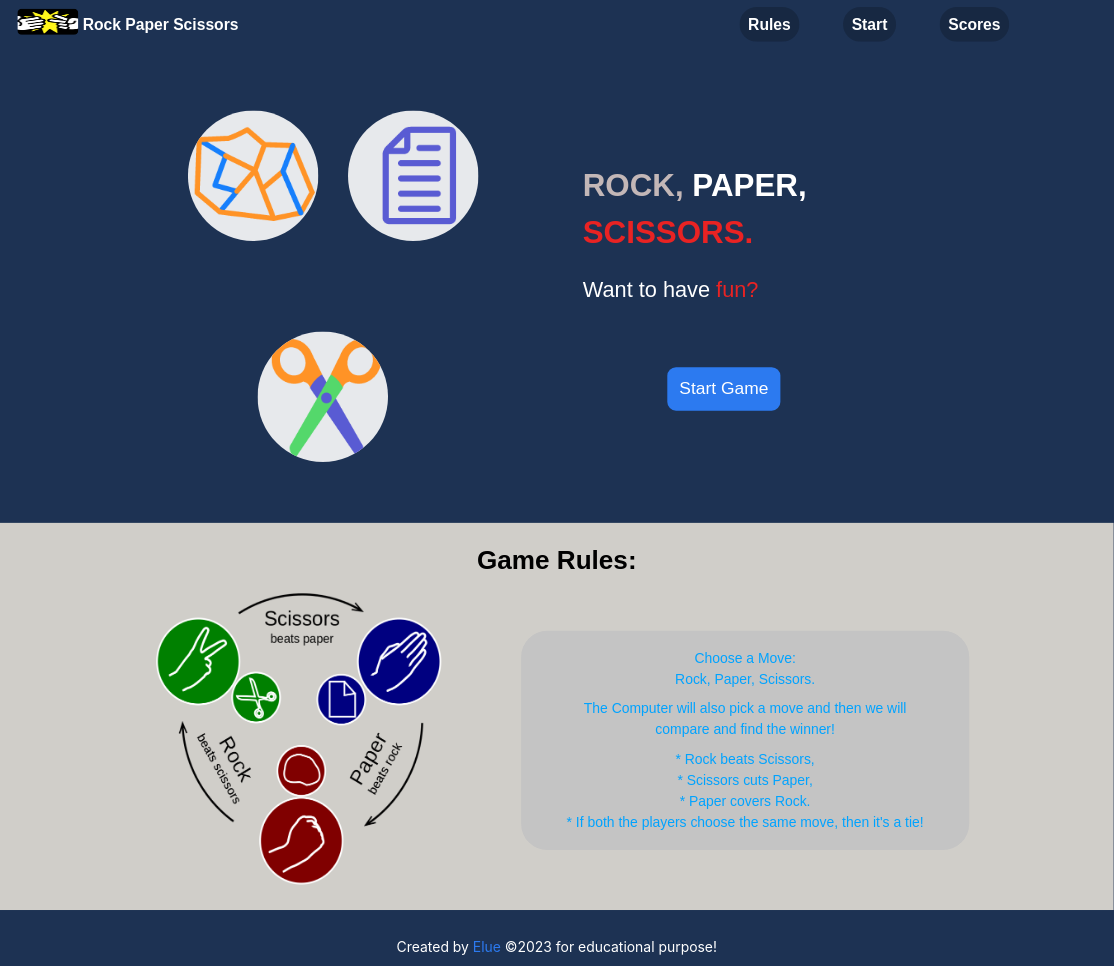
Repository: MikkyPrestige/rock-paper-scissors
Page: index.html
The author's editor kept a copy of each file at every save. The page is drawn from the files as they stood at one save, then again after the next save.
The browser window is 1280 px wide. The pictures show the whole page, at 87% of full size.

Above is the page before, as saved 2023-05-13 02:13:48.
Console error: TypeError: Cannot read properties of null (reading 'addEventListener')

### index.html
<!DOCTYPE html>
<html lang="en">

<head>
  <meta charset="UTF-8">
  <meta http-equiv="X-UA-Compatible" content="IE=edge">
  <meta name="viewport" content="width=device-width, initial-scale=1.0">
  <title>Rock, Paper or Scissors Game</title>
  <link rel="stylesheet" href="./index.css">
  <!-- <script src="./index.js" defer></script> -->
  <script src="./script.js" defer></script>
</head>

<body>
  <main>
    <header>
      <figure class="headerLogo">
        <a href="/">
          <img src="./img/logo.png" alt="Logo" class="logo">
        </a>
        <figcaption class="logoCaption">Rock Paper Scissors</figcaption>
      </figure>
      <nav>
        <ul>
          <li><a href="#rule">Rules</a></li>
          <li><a href="./game.html">Start</a></li>
          <li><a href="#">Scores</a></li>
        </ul>
      </nav>
    </header>
    <section class="home">
      <div class="images">
        <img src="./img/Rock.gif" alt="Rock image" class="img rock">
        <img src="./img/Paper.gif" alt="Paper image" class="img paper">
        <img src="./img/Scissors.gif" alt="Scissors image" class="img scissors">
      </div>
      <div class="content">
        <h1 class="content--title"><span class="content-rock">Rock,</span> Paper, <span
            class="content-scissors">Scissors.</span></h1>
        <p class="content--text">Want to have <span class="fun">fun?</span></p>
        <button class="btn">
          <a href="./game.html">Start Game</a>
        </button>
      </div>
    </section>

    <section class="rule" id="rule">
      <div class="rule--container">
        <h2 class="rule--title">Game Rules:</h2>
        <div class="rule--content">
          <img src="./img/image.png" alt="Game image" class="rule--img">
          <div class="rule--para">
            <p class="rule--text">Choose a Move: <br>Rock, Paper, Scissors.</p>
            <p class="rule--text">The Computer will also pick a move and then we will compare and find the winner!</p>
            <p class="rule--text">* Rock beats Scissors, <br> * Scissors cuts Paper, <br> * Paper covers Rock. <br> * If
              both the players choose the same move, then it's a tie!</p>
          </div>
        </div>
        <!-- <button type="submit" class="btn">New Game</button> -->
      </div>
    </section>

    <footer>
      <p class="footer--text">Created by <a href="#" target="_blank" class="footer--link">Elue</a> &copy;2023 for
        educational purpose!</p>
    </footer>
  </main>
</body>

</html>

### index.css
*,
*::after,
*::before {
  box-sizing: border-box;
  margin: 0;
  padding: 0;
}

html {
  font-size: 62.5%;
}

body {
  font-family: "Fira Sans", sans-serif;
  font-size: 1.6rem;
  line-height: 1.5;
  background: rgba(29, 50, 83, 1);
  color: rgba(255, 255, 255, 1);
  width: 100%;
  height: 100%;
}

main {
  display: flex;
  flex-direction: column;
  justify-content: center;
  align-items: center;
  gap: 2rem;
  height: 100%;
  width: 100%;
}

header {
  display: flex;
  justify-content: space-between;
  align-items: center;
  padding: 1rem 2rem;
  width: 100%;
  height: auto;
}

.headerLogo {
  display: flex;
  align-items: center;
  gap: .5rem;
  height: auto;
}

.logo {
  width: 7rem;
  height: 3rem;
  border-radius: .5rem;
  -webkit-border-radius: .5rem;
  -moz-border-radius: .5rem;
  -ms-border-radius: .5rem;
  -o-border-radius: .5rem;
}

.logoCaption {
  font-size: 1.8rem;
  font-weight: 600;
  color: rgba(255, 255, 255, 1);
}

nav {
  height: auto;
  margin-right: 10rem;
}

ul {
  display: flex;
  justify-content: center;
  align-items: center;
  gap: 5rem;
  list-style: none;
}

li a {
  font-size: 1.8rem;
  font-weight: 600;
  color: rgba(255, 255, 255, 1);
  background: linear-gradient(0deg, rgba(0, 0, 0, 0.2), rgba(0, 0, 0, 0.2)), #1D3253;
  text-decoration: none;
  padding: 1rem;
  border-radius: 2rem;
}

li a:hover {
  background: rgba(255, 255, 255, 1);
  color: rgba(29, 50, 83, 1);
  text-decoration: underline;
}

.home {
  display: flex;
  justify-content: center;
  align-items: center;
  width: 100%;
  height: 70vh;
}

.images {
  position: relative;
  height: 100%;
  flex-basis: 30%;
}

.img {
  background: rgba(253, 253, 253, 0.9);
  border-radius: 50%;
  -webkit-border-radius: 50%;
  -moz-border-radius: 50%;
  -ms-border-radius: 50%;
  -o-border-radius: 50%;
  width: 15rem;
  height: 15rem;
}

.rock {
  position: absolute;
  top: 5rem;
  left: 0rem;
}

.paper {
  position: absolute;
  top: 5rem;
  right: 5rem;
}

.scissors {
  position: absolute;
  bottom: 5rem;
  left: 8rem;
}

.content {
  display: flex;
  flex-direction: column;
  justify-content: center;
  align-items: center;
  gap: 2rem;
}

.content--title {
  font-size: 3.6rem;
  font-weight: 600;
  width: 70%;
  text-transform: uppercase;
}

.content-rock {
  color: rgba(195, 183, 183, 1);
}

.content-scissors {
  color: rgba(233, 35, 35, 1);
}

.content--text {
  font-size: 2.5rem;
  font-weight: 400;
  width: 70%;
}

.fun {
  color: rgba(233, 35, 35, 1);
}

.btn {
  width: 13rem;
  height: 5rem;
  background: #2C7AF0;
  border-radius: 1rem;
  -webkit-border-radius: 1rem;
  -moz-border-radius: 1rem;
  -ms-border-radius: 1rem;
  -o-border-radius: 1rem;
  border: none;
  margin-top: 5rem;
  transition: all .3s ease-in-out;
  -webkit-transition: all .3s ease-in-out;
  -moz-transition: all .3s ease-in-out;
  -ms-transition: all .3s ease-in-out;
  -o-transition: all .3s ease-in-out;
}

.btn a {
  text-decoration: none;
  font-size: 2rem;
  color: rgba(255, 255, 255, 1);
  cursor: pointer;
}

.btn a:hover {
  color: rgba(44, 122, 240, 1);
}

.btn:hover {
  background: rgba(255, 255, 255, .7);
}

.rule {
  width: 100%;
  height: 100%;
  background: #D0CEC9;
}

.rule--container {
  display: flex;
  flex-direction: column;
  justify-content: center;
  align-items: center;
  gap: 1rem;
  margin: 2rem;
}

.rule--title {
  font-size: 3rem;
  font-weight: 600;
  color: #000;
}

.rule--content {
  display: flex;
  justify-content: space-around;
  align-items: center;
}

.rule--img {
  width: 35rem;
  height: 35rem;
}

.rule--para {
  background: #C4C4C4;
  width: 50%;
  text-align: center;
  padding: 2rem 5rem;
  border-radius: 3rem;
  -webkit-border-radius: 3rem;
  -moz-border-radius: 3rem;
  -ms-border-radius: 3rem;
  -o-border-radius: 3rem;
  display: flex;
  flex-direction: column;
  justify-content: center;
  align-items: center;
  gap: 1rem;
}

.rule--text {
  color: rgba(0, 163, 255, 1);
}

.game {
  display: flex;
  flex-direction: column;
  justify-content: center;
  align-items: center;
  gap: 2rem;
  width: 100%;
  height: 100%;
}

.game--title {
  font-size: 3rem;
  font-weight: 600;
  margin: 2rem;
}

.game--images {
  display: flex;
  justify-content: center;
  align-items: center;
  gap: 10rem;
  width: 100%;
}

.game--img {
  display: flex;
  flex-direction: column;
  justify-content: center;
  align-items: center;
  cursor: pointer;
}

.game--caption {
  font-size: 2rem;
  color: rgba(0, 163, 255, 1);
}

.rule--btn {
  width: 8rem;
  height: 4rem;
  background: #2C7AF0;
  border-radius: 1rem;
  -webkit-border-radius: 1rem;
  -moz-border-radius: 1rem;
  -ms-border-radius: 1rem;
  -o-border-radius: 1rem;
  border: none;
  margin-top: 5rem;
  transition: all .3s ease-in-out;
  -webkit-transition: all .3s ease-in-out;
  -moz-transition: all .3s ease-in-out;
  -ms-transition: all .3s ease-in-out;
  -o-transition: all .3s ease-in-out;
}

.rule--btn a {
  text-decoration: none;
  font-size: 2rem;
  color: rgba(255, 255, 255, 1);
  cursor: pointer;
  text-transform: uppercase;
}

.rule--btn a:hover {
  color: rgba(44, 122, 240, 1);
}

.rule--btn:hover {
  background: rgba(255, 255, 255, .7);
}

footer {
  margin: 1rem auto;
}

.footer--text {
  font-family: "Inter";
}

.footer--link {
  color: rgba(44, 122, 240, 1);
  text-decoration: none;
}

### script.js
const rock = document.getElementById("rock");
const paper = document.getElementById("paper");
const scissors = document.getElementById("scissors");

const playerScore = document.getElementById("player-score");
const computerScore = document.getElementById("computer-score");
const tieScore = document.getElementById("tie-score");

const result = document.getElementById("result");
const winner = document.getElementById("winner");

const playAgain = document.getElementById("play-again");

const computerPlay = () => {
  const words = ["rock", "paper", "scissors"];
  const random = Math.floor(Math.random() * words.length);
  return words[random];
};
// Create three buttons, one for each selection. Add an event listener to the buttons that call  your playRound function with the correct playerSelection every time a button is clicked.  (you can keep the console.logs for this step)
// Add a div for displaying results and change all of your console.logs into DOM methods.
// Display the running score, and announce a winner of the game once one player reaches 5 points.
// You will likely have to refactor (rework/rewrite) your original code to make it work for this. That’s OK! Reworking old code is an important part of the programmer’s life.
// Don’t forget to go back and add your new version to the original Rock Paper Scissors Project!

// Function to get play from user
const playerPlay = () => {
  rock.addEventListener("click", () => {
    playRound("rock", computerPlay());
  });
  paper.addEventListener("click", () => {
    playRound("paper", computerPlay());
  });
  scissors.addEventListener("click", () => {
    playRound("scissors", computerPlay());
  });
};

const playRound = (playerSelection, computerSelection) => {
  let playerValue, computerValue;

  switch (playerSelection) {
    case "paper":
      playerValue = 1;
      break;
    case "rock":
      playerValue = 2;
      break;
    case "scissors":
      playerValue = 3;
      break;
    default:
      return;
  }

  switch (computerSelection) {
    case "paper":
      computerValue = 1;
      break;
    case "rock":
      computerValue = 2;
      break;
    case "scissors":
      computerValue = 3;
      break;
    default:
      return;
  }
  const result = (playerValue - computerValue + 3) % 3;
  if (result === 0) {
    tieScore.textContent = parseInt(tieScore.textContent) + 1;
    // winner.textContent = "Tie!";
    console.log("Tie!")
  } else if (result === 1) {
    playerScore.textContent = parseInt(playerScore.textContent) + 1;
    // winner.textContent = "Player wins!";
    console.log("Player wins!")
  } else if (result === 2) {
    computerScore.textContent = parseInt(computerScore.textContent) + 1;
    // winner.textContent = "Computer wins!";
    console.log("Computer wins!")
  }
  if (
    parseInt(playerScore.textContent) === 5 ||
    parseInt(computerScore.textContent) === 5
  ) {
    if (parseInt(playerScore.textContent) === 5) {
      // winner.textContent = "Player wins the game!";
      console.log("Player wins the game!")
    } else if (parseInt(computerScore.textContent) === 5) {
      // winner.textContent = "Computer wins the game!";
      console.log("Computer wins the game!")
    }
    rock.disabled = true;
    paper.disabled = true;
    scissors.disabled = true;
    playAgain.style.display = "block";
  }
}

const playAgainButton = () => {
  playAgain.addEventListener("click", () => {
    playerScore.textContent = 0;
    computerScore.textContent = 0;
    tieScore.textContent = 0;
    winner.textContent = "";
    rock.disabled = false;
    paper.disabled = false;
    scissors.disabled = false;
    playAgain.style.display = "none";
  });
}

playerPlay();
playAgainButton();

After the next save:
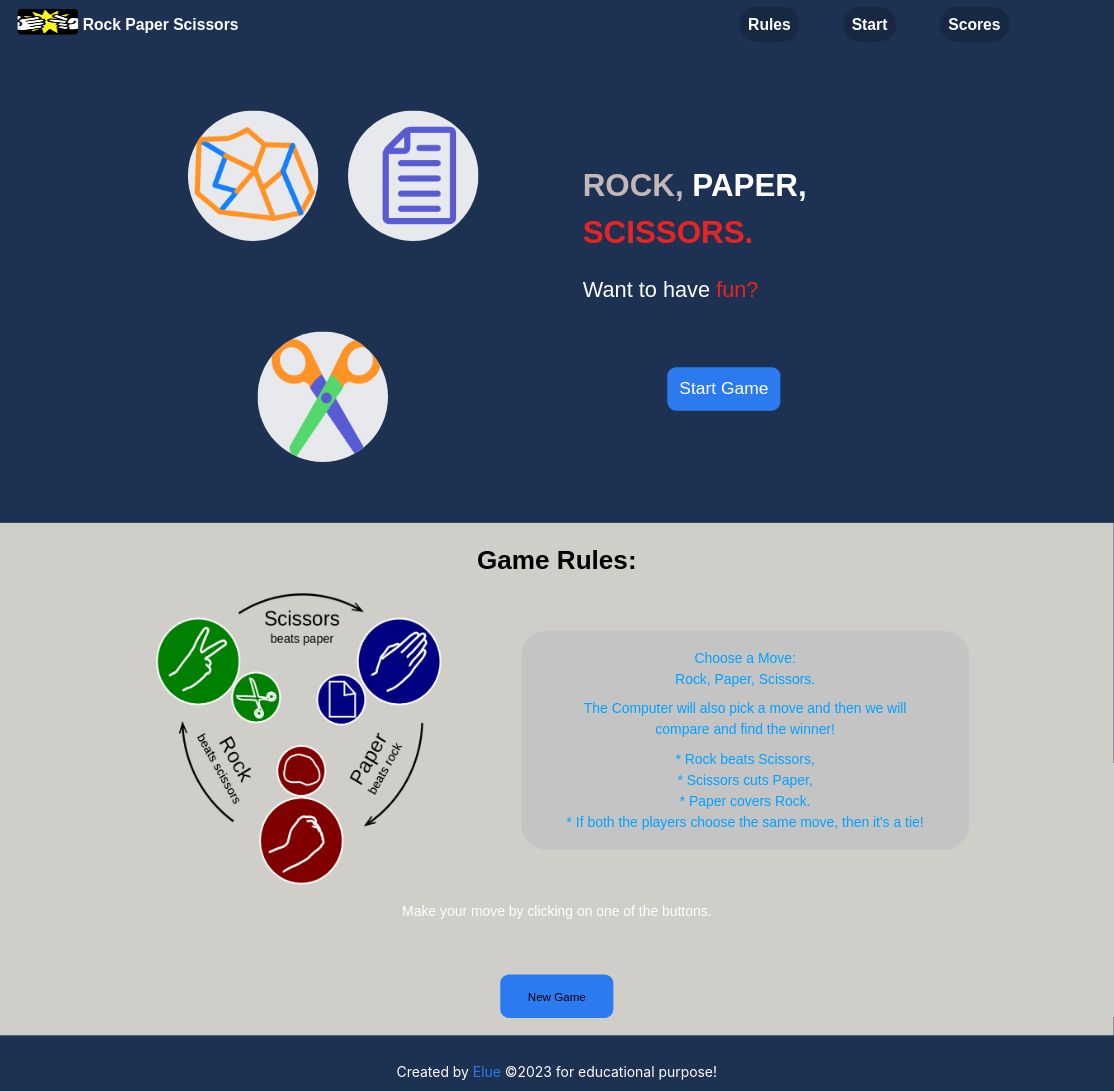
Saved 5 min 47 s later.
--- a/index.html
+++ b/index.html
@@ -56,7 +56,10 @@
               both the players choose the same move, then it's a tie!</p>
           </div>
         </div>
-        <!-- <button type="submit" class="btn">New Game</button> -->
+        <div class="game--results">
+          <p>Make your move by clicking on one of the buttons.</p>
+        </div>
+        <button type="submit" class="btn">New Game</button>
       </div>
     </section>
 

After the save that followed:
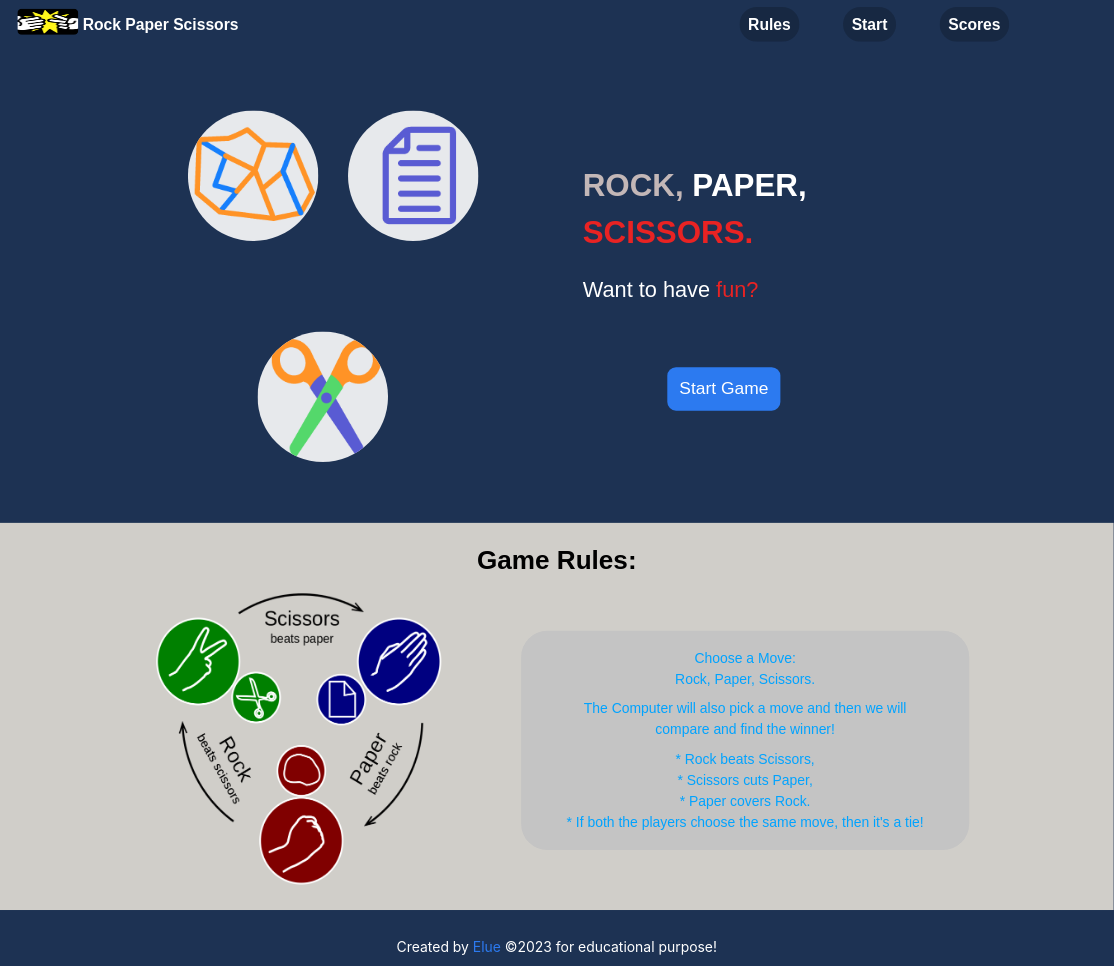
Saved 20 s later.
--- a/index.html
+++ b/index.html
@@ -56,10 +56,7 @@
               both the players choose the same move, then it's a tie!</p>
           </div>
         </div>
-        <div class="game--results">
-          <p>Make your move by clicking on one of the buttons.</p>
-        </div>
-        <button type="submit" class="btn">New Game</button>
+        <!-- <button type="submit" class="btn">New Game</button> -->
       </div>
     </section>
 
